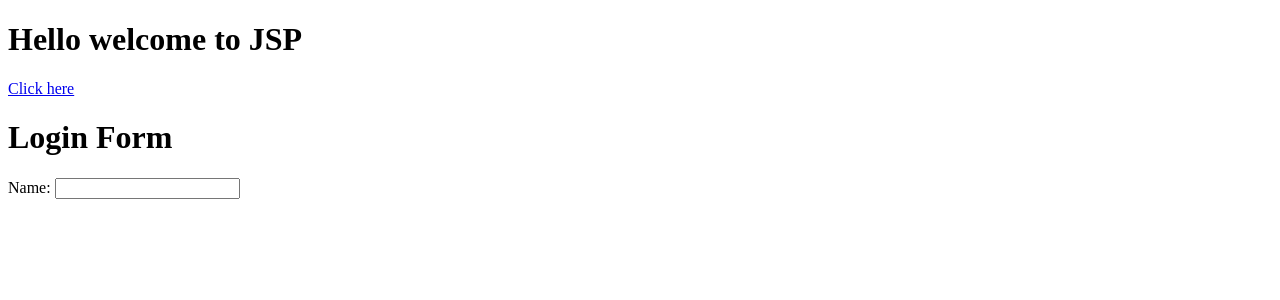
Repository: gauravrathod802/Java-Servlet
Page: http://localhost/MyFirstProject/
An editor plug-in stored every save of this project. The page is shown before and after the next save, followed by the edit.
The browser window is 1280 px wide. The pictures show the whole page.
The page is served by Tomcat 9. Other server files are loaded and not shown.

Above is the page before, as saved 2024-01-08 12:19:54.

### MyFirstProject/WebContent/index.jsp
<%@ page language="java" contentType="text/html; charset=ISO-8859-1"
    pageEncoding="ISO-8859-1"%>
<!DOCTYPE html>
<html>
<head>
<meta charset="ISO-8859-1">
<title>Java Servlet</title>
</head>
<body>
<h1>Hello welcome to JSP</h1>
<a href="MyServlet" >Click here</a>

<h1>Login Form</h1>
<form>
<label>Name:</label>
<input type="text">
</form>
</body>
</html>

After the next save:
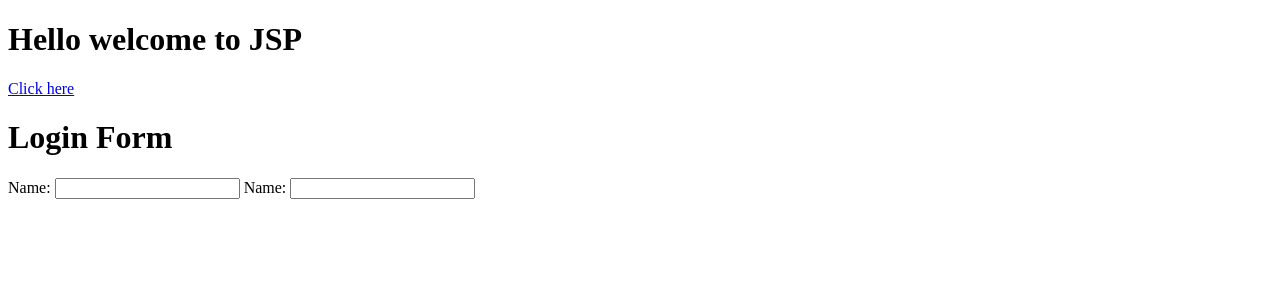
Saved 24 s later.
--- a/MyFirstProject/WebContent/index.jsp
+++ b/MyFirstProject/WebContent/index.jsp
@@ -14,6 +14,8 @@
 <form>
 <label>Name:</label>
 <input type="text">
+<label>Name:</label>
+<input type="text">
 </form>
 </body>
 </html>
